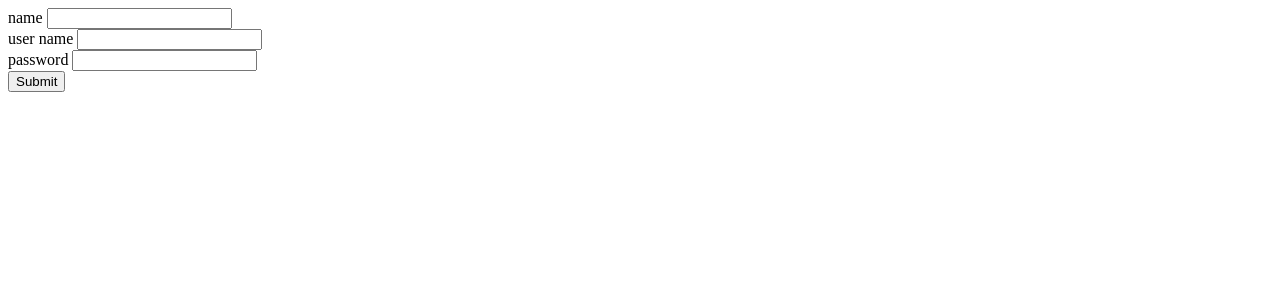
Repository: shiroikumakoori/studentProjecthHibernate
Page: blankApplication/bankApplication/src/main/webapp/regNewCus.html
These files come from the project's save history. The page is drawn as it stood at one moment and after the next save; the edit follows.
The browser window is 1280 px wide. The pictures show the whole page.

Above is the page before, as saved 2022-09-02 16:56:29.

### blankApplication/bankApplication/src/main/webapp/regNewCus.html
<!DOCTYPE html>
<html>
<head>
<meta charset="UTF-8">
<title>Insert title here</title>
</head>
<body>
	<form action="/bankApplication/RegNewCusController" >
		<div style="display: flex; flex-direction: column;">
		    <div>
				<label>name</label> <input type="text" name="name">
		    </div>

		    <div>
				<label>user name</label> <input type="text" name="userName">
		    </div>
		    <div>
				<label>password</label> <input type="text" name="password">
		    </div>
		</div>

		<input type="submit" >
	</form>
</body>
</html>

After the next save:
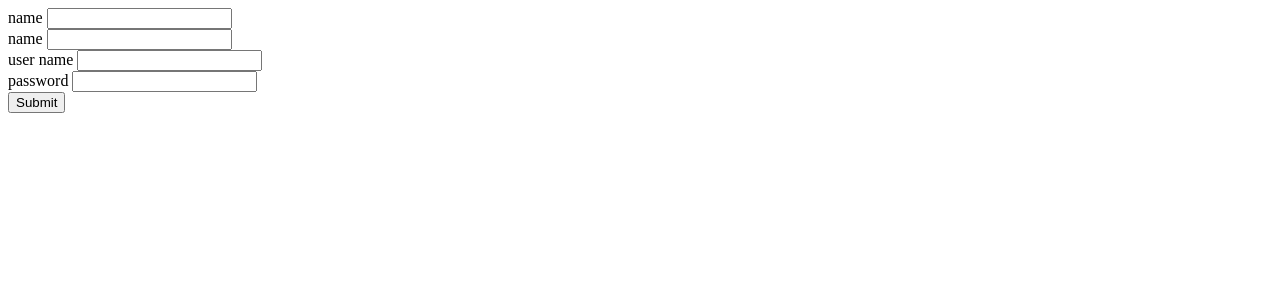
Saved 60 s later.
--- a/blankApplication/bankApplication/src/main/webapp/regNewCus.html
+++ b/blankApplication/bankApplication/src/main/webapp/regNewCus.html
@@ -8,6 +8,9 @@
 	<form action="/bankApplication/RegNewCusController" >
 		<div style="display: flex; flex-direction: column;">
 		    <div>
+				<label>name</label> <input type="text" name="name">
+		    </div>
+		    		    <div>
 				<label>name</label> <input type="text" name="name">
 		    </div>
 

After the save that followed:
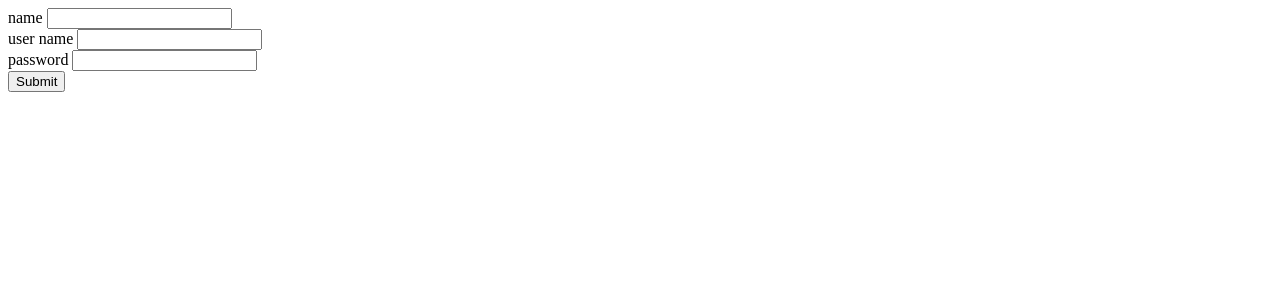
Saved 18 s later.
--- a/blankApplication/bankApplication/src/main/webapp/regNewCus.html
+++ b/blankApplication/bankApplication/src/main/webapp/regNewCus.html
@@ -10,9 +10,7 @@
 		    <div>
 				<label>name</label> <input type="text" name="name">
 		    </div>
-		    		    <div>
-				<label>name</label> <input type="text" name="name">
-		    </div>
+
 
 		    <div>
 				<label>user name</label> <input type="text" name="userName">
